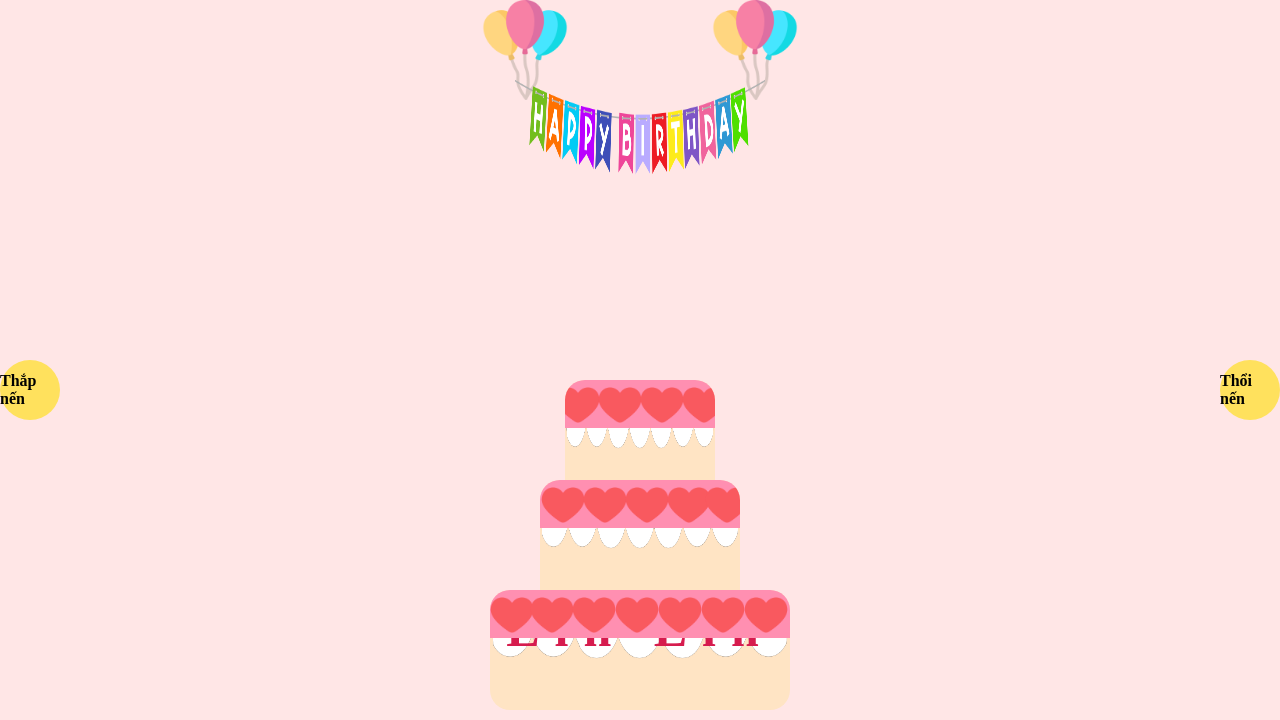
Repository: iphoneboy46/happybirthday
Page: index.html
These files come from the project's save history. The page is drawn as it stood at one moment and after the next save; the edit follows.
The browser window is 1280 px wide. The pictures show the whole page.
Some web fonts or font styles are not loaded; a fallback is used.

Above is the page before, as saved 2022-11-28 21:30:37.

After the next save:
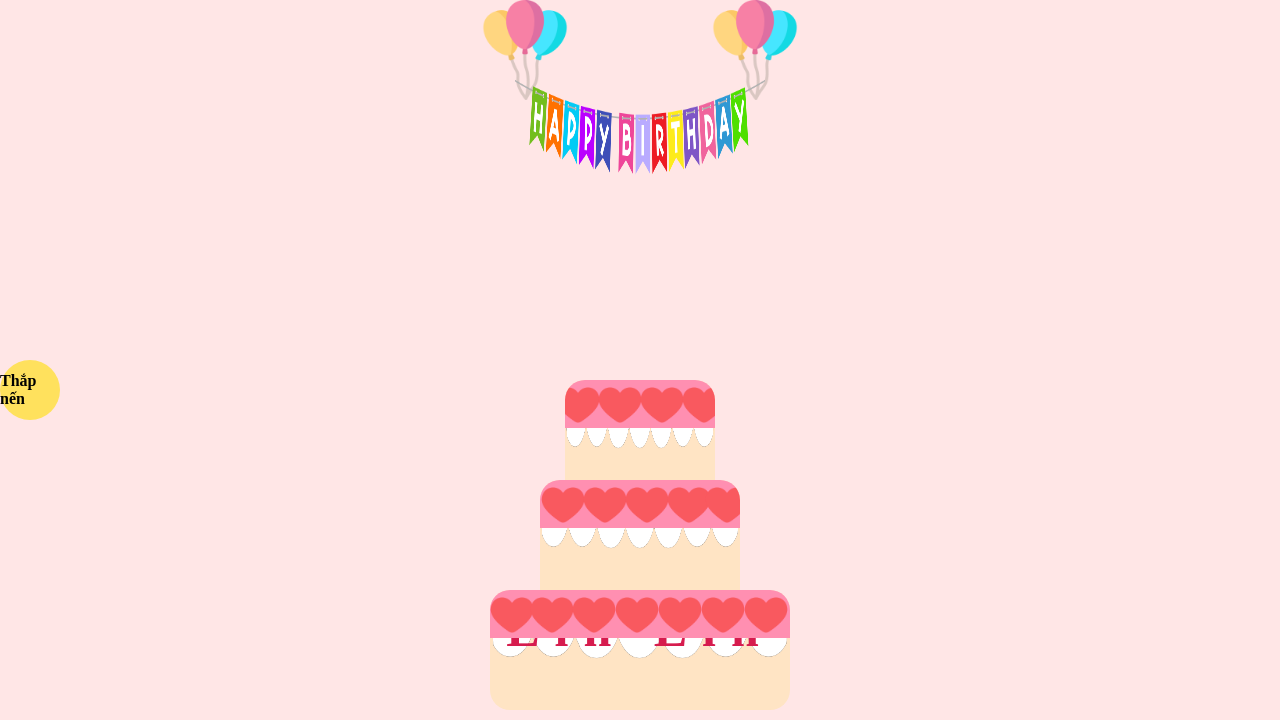
Saved 12 s later.
--- a/style.css
+++ b/style.css
@@ -589,6 +589,8 @@ body {
     animation: thapNen linear 20s;
 }
 
+
+
 .btnThoinen {
     display: flex;
     justify-content: center;
@@ -603,4 +605,5 @@ body {
     right:0;
     user-select: none;
     background-color: #FFE15D;
-}
+    display: none;
+}
